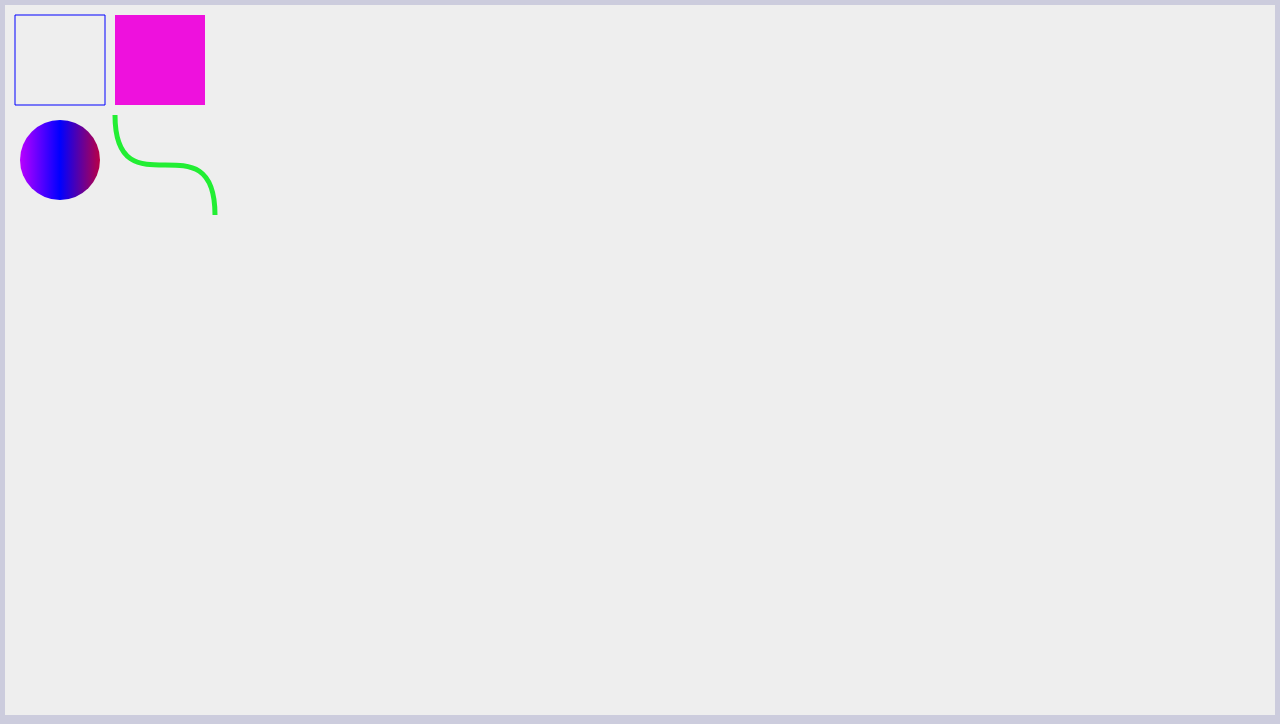
Repository: danielrcardenas/siggraph_examples
Page: workspace/GraphicsExample3/assets/www/index.html
An editor plug-in stored every save of this project. The page is shown before and after the next save, followed by the edit.
The browser window is 1280 px wide. The pictures show the whole page.

Above is the page before, as saved 2013-07-18 21:58:10.

### workspace/GraphicsExample3/assets/www/index.html
<!DOCTYPE html>
<html>
<head>
	<title>Canvas Example</title>

	<link rel="stylesheet" href="styles.css" />
	<meta name="viewport" content="width=device-width" />

	<script>
		function createCanvas ()
		{
			var canvasDiv = document.getElementById("canvasDiv");
			canvasDiv.innerHTML = "<canvas id=\'surface\' width=\'" + (window.innerWidth - 10) + "\' height=\'" + (window.innerHeight - 10) + "\' />";

			var canvas = document.getElementById('surface');
			var context = canvas.getContext('2d');

			// empty square
			context.strokeStyle = 'blue';
			context.beginPath();
			context.moveTo(10,10);
			context.lineTo(10,100);
			context.lineTo(100,100);
			context.lineTo(100,10);
			context.lineTo(10,10);
			context.stroke();

			// filled square
			context.fillStyle = '#ee11dd';
			context.beginPath();
			context.moveTo(110,10);
			context.lineTo(110,100);
			context.lineTo(200,100);
			context.lineTo(200,10);
			context.lineTo(110,10);
			context.fill();

			// filled circle with gradient
			var gradient=context.createLinearGradient(0,0,110,0);
			gradient.addColorStop("0","magenta");
			gradient.addColorStop("0.5","blue");
			gradient.addColorStop("1.0","red");

//			Uncomment the code below and comment out the gradient and fill code below it
//          You will see an image used as a pattern
/*			var img = new Image();
			var pattern;
			img.src = 'clouds.jpg';
			img.onload = function (e) {
				pattern = context.createPattern(img, 'repeat');
				context.fillStyle=pattern;
				context.beginPath();
				context.arc(55,155,40,0,2*Math.PI);
				context.fill();
			};
*/
			context.fillStyle=gradient;
			context.beginPath();
			context.arc(55,155,40,0,2*Math.PI);
			context.fill();

			// stroked bezier
			context.strokeStyle = '#22ee33';
			context.lineWidth = 5;
			context.beginPath();
			context.moveTo(110,110);
			context.bezierCurveTo(110, 210, 210, 110, 210, 210);
			context.stroke();
		}
	</script>
</head>

<body onload="createCanvas();">
<div id="canvasDiv">
</div>

</body>
</html>

### workspace/GraphicsExample3/assets/www/styles.css

body
{
	margin: 0px;
	padding: 0px;
	background: #ccccdd;
}

#surface {
	margin: 5px;
	padding: 0px;
	background: #eeeeee;
}

After the next save:
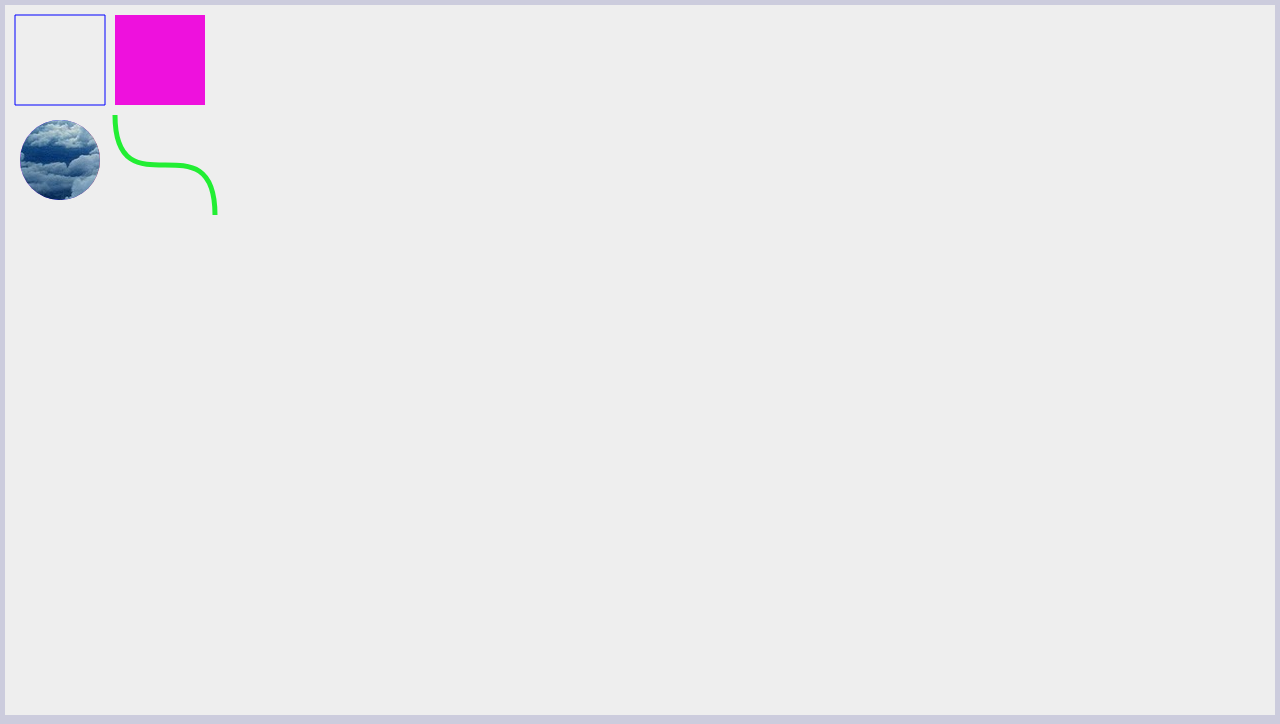
Saved 3 days later.
--- a/workspace/GraphicsExample3/assets/www/index.html
+++ b/workspace/GraphicsExample3/assets/www/index.html
@@ -43,7 +43,7 @@
 
 //			Uncomment the code below and comment out the gradient and fill code below it
 //          You will see an image used as a pattern
-/*			var img = new Image();
+			var img = new Image();
 			var pattern;
 			img.src = 'clouds.jpg';
 			img.onload = function (e) {
@@ -53,7 +53,7 @@
 				context.arc(55,155,40,0,2*Math.PI);
 				context.fill();
 			};
-*/
+
 			context.fillStyle=gradient;
 			context.beginPath();
 			context.arc(55,155,40,0,2*Math.PI);
